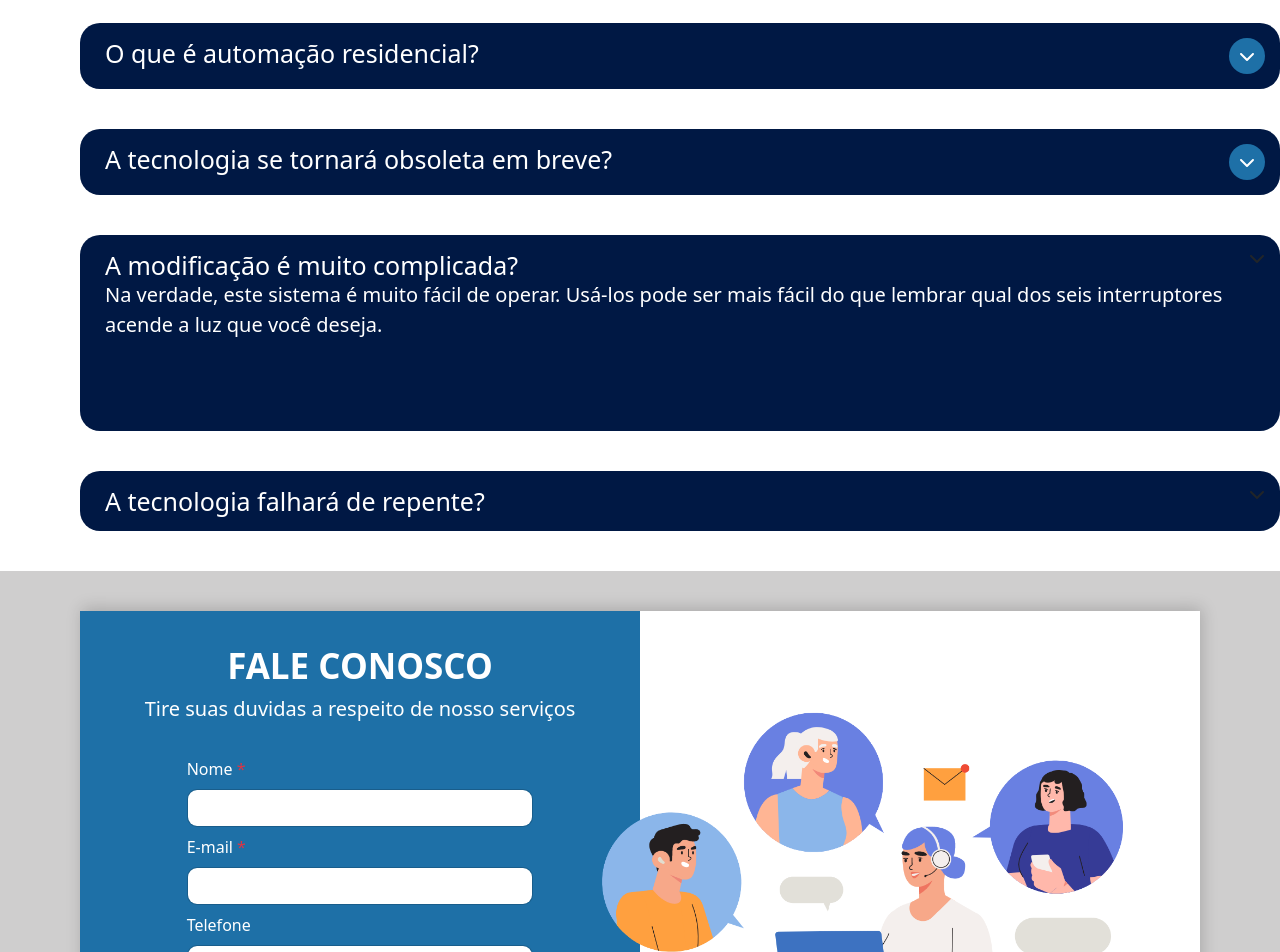
Repository: BulleST/SouHi_Institucional
Page: index.html
These files come from the project's save history. The page is drawn as it stood at one moment and after the next save; the edit follows.
The browser window is 1280 px wide. The pictures show the part of the page from y = 1787 to 2739 px (the page is 3454 px tall before and 3466 px after).
A picture or video elsewhere on the page could not be fetched, so the positions and the page height are approximate.

Above is the page before, as saved 2022-11-04 15:45:02.

### index.html
<!DOCTYPE html>
<html lang="pt-br">

<head>
  <meta charset="UTF-8">
  <meta http-equiv="X-UA-Compatible" content="IE=edge">
  <meta name="viewport" content="width=device-width, initial-scale=1.0">
  <title>SouHi - Soluções Automatizadas</title>

  <script src="https://code.jquery.com/jquery-3.6.1.js" integrity="sha256-3zlB5s2uwoUzrXK3BT7AX3FyvojsraNFxCc2vC/7pNI="
    crossorigin="anonymous"></script>



  <!-- Bootstrap -->
  <link href="https://cdn.jsdelivr.net/npm/bootstrap@5.2.2/dist/css/bootstrap.min.css" rel="stylesheet"
    integrity="sha384-Zenh87qX5JnK2Jl0vWa8Ck2rdkQ2Bzep5IDxbcnCeuOxjzrPF/et3URy9Bv1WTRi" crossorigin="anonymous">
  <script src="https://cdn.jsdelivr.net/npm/bootstrap@5.2.2/dist/js/bootstrap.bundle.min.js"
    integrity="sha384-OERcA2EqjJCMA+/3y+gxIOqMEjwtxJY7qPCqsdltbNJuaOe923+mo//f6V8Qbsw3"
    crossorigin="anonymous"></script>
  <!-- Fontawesome -->
  <link rel="stylesheet" href="https://cdnjs.cloudflare.com/ajax/libs/font-awesome/6.2.0/css/all.min.css"
    integrity="sha512-xh6O/CkQoPOWDdYTDqeRdPCVd1SpvCA9XXcUnZS2FmJNp1coAFzvtCN9BmamE+4aHK8yyUHUSCcJHgXloTyT2A=="
    crossorigin="anonymous" referrerpolicy="no-referrer" />
  <script src="https://cdnjs.cloudflare.com/ajax/libs/font-awesome/6.2.0/js/all.min.js"
    integrity="sha512-naukR7I+Nk6gp7p5TMA4ycgfxaZBJ7MO5iC3Fp6ySQyKFHOGfpkSZkYVWV5R7u7cfAicxanwYQ5D1e17EfJcMA=="
    crossorigin="anonymous" referrerpolicy="no-referrer"></script>

  <!-- Slick Carousel -->
  <link rel="stylesheet" type="text/css" href="https://cdn.jsdelivr.net/npm/slick-carousel@1.8.1/slick/slick.css" />
  <script type="text/javascript" src="https://cdn.jsdelivr.net/npm/slick-carousel@1.8.1/slick/slick.min.js"></script>

  <!-- AOS -->
  <link rel="stylesheet" href="https://unpkg.com/aos@next/dist/aos.css">
  <script src="https://unpkg.com/aos@next/dist/aos.js"></script>

<!-- Jquery Ui -->
<link type="text/css" href="./jquery-ui-1.13.2.custom/jquery-ui.css">
<link type="text/css" href="./jquery-ui-1.13.2.custom/jquery-ui.structure.css">
<link type="text/css" href="./jquery-ui-1.13.2.custom/jquery-ui.theme.css">
<script src="./jquery-ui-1.13.2.custom/jquery-ui.js" text="text/javascript"></script>

  <link rel="stylesheet" type="text/css" href="./style.css">
  <script src="script.js" defer ></script>

</head>

<body>

  <header>
    <div class="header-container bg-on" id="header">
      <div class="header-position">
        <div class="flex-item-image">
          <img src="img/logo_claro.png" alt="Logo Souhi">
        </div>
        <div class="flex-item-rotas">
          <nav class="rotas">
            <ul>
              <li> <a class="header__navigation-link" href="#home">Home</a></li>
              <li><a class="header__navigation-link" href="#quem-somos">Quem somos</a></li>
              <li><a class="header__navigation-link" href="#produtos">Ofertas</a></li>
              <li><a class="header__navigation-link" href="#duvidas">FAQ</a></li>
              <li><a class="header__navigation-link" href="#contatos">Contatos</a></li>
            </ul>
          </nav>
        </div>
        <div class="flex-item-contato">
          <a href="" class="btn-fale-conosco">Fale conosco!</a>
        </div>
      </div>
    </div>
  </header>


  <section>
    <section class="carrossel" id="inicio">
      <button class="btn-scroll-down">
        <i class="fas fa-chevron-down"></i>
      </button>
      <div class="slider">
        <div class=" first-item">
          <div class="slider__item-inner slider__item d-flex first-item-inner">
            <div class="slider__item-content first-content">
              <h3>Lorem Ipsum</h3>
              <hr>
              <p>Lorem ipsum dolor, sit amet consectetur adipisicing elit. Beatae fugiat voluptas consequatur voluptate
                perspiciatis aspernatur voluptates dolores inventore vero incidunt officia, modi dolorum. </p>
              <p class="my-2">Conheça nossos produtos!</p>
              <button class="btn btn-confira">Confira</button>
            </div>
            <div class="slider__item-image first-image">
              <img src="./img/house.png" alt="">
            </div>
          </div>
        </div>
        <div class="  second-item">

          <div class=" d-flex slider__item  second-item-inner">

            <div class="second-contain">
              <div class=" second-image">

                <img src="img/ic_launcher.png" alt="">
                <img src="./img/phone.png" alt="">

              </div>
              <div class=" second-content">
                <h3>Lorem Ipsum</h3>

                <p>Lorem ipsum dolor, sit amet consectetur adipisicing elit. </p>
                <a href="" class="btn-fale-conosco">Fale conosco!</a>

              </div>

            </div>

          </div>
        </div>
        <div class="  third-item">
          <div class=" d-flex slider__item  third-item-inner">
            <div class="third-contain">
              <div class=" third-image">
                <img src="img/smart-house-8.png" alt="">
              </div>
              <div class=" third-content">
                <h3>Lorem Ipsum Ipsum</h3>
                <p>Lorem ipsum dolor, sit amet consectetur adipisicing elit. Lorem ipsum dolor, sit amet consectetur
                  adipisicing elit. orem ipsum dolor, sit amet consectetur adipisicing elit. </p>
                <a href="" class="btn-fale-conosco mt-2">Fale conosco!</a>
              </div>
            </div>
          </div>
        </div>
      </div>
      </div>
    </section>

    <div class="bg">
      <div class="container wrapper">
        <section class="quem-somos" id="quem-somos">
          <img src="img/teste.jpg" alt="" class="imagem" data-aos="fade-right">
          <div class="quem-somos-texto" data-aos="fade-left">

            <h1>Quem somos</h1>
            <p>Lorem ipsum, dolor sit amet consectetur adipisicing elit. Iure, obcaecati alias magni reiciendis non ipsa
              asperiores deserunt quibusdam quasi ut odit, quaerat ex eum fugit pariatur rerum eius vitae maiores?</p>

            <button class="btn">Saiba mais <span> <i class="fa-solid fa-angles-right"></i></span></button>
          </div>
        </section>
        <div class="beneficios-bg">
        <div class="beneficios">
          <div class="card card-1" data-aos="fade-up">
            <div class="card-texto">
              <span> <i class="fa-solid fa-dollar-sign icone-card"></i></span>
              <h1>Economia</h1>
              <p>Lorem, ipsum dolor sit amet consectetur adipisicing elit. Saepe placeat repellat magni est praesentium
                quaerat aspernatur incidunt sint, quisquam voluptates aut fugiat vel dolorum maxime alias autem, sunt
                quae amet!</p>
            </div>
          </div>
          <div class="card card-2" data-aos="fade-up">
            <div class="card-texto">
              <span> <i class="fa-solid fa-shield icone-card"></i></span>
              <h1>Segurança</h1>
              <p>Lorem, ipsum dolor sit amet consectetur adipisicing elit. Saepe placeat repellat magni est praesentium
                quaerat aspernatur incidunt sint, quisquam voluptates aut fugiat vel dolorum maxime alias autem, sunt
                quae amet!</p>
            </div>
          </div>
          <div class="card card-3" data-aos="fade-up">
            <div class="card-texto">
              <span> <i class="fa-solid fa-check icone-card"></i></span>
              <h1>Conveniência</h1>
              <p>Lorem, ipsum dolor sit amet consectetur adipisicing elit. Saepe placeat repellat magni est praesentium
                quaerat aspernatur incidunt sint, quisquam voluptates aut fugiat vel dolorum maxime alias autem, sunt
                quae amet!</p>
            </div>
          </div>
          <div class="card card-4" data-aos="fade-up">
            <div class="card-texto">
              <span> <i class="fa-solid fa-couch icone-card"></i></span>
              <h1>Conforto</h1>
              <p>Lorem, ipsum dolor sit amet consectetur adipisicing elit. Saepe placeat repellat magni est praesentium
                quaerat aspernatur incidunt sint, quisquam voluptates aut fugiat vel dolorum maxime alias autem, sunt
                quae amet!</p>
            </div>
          </div>
        </div>
      </div>
      </div>


      <div class="produtos-fechado" id="produtos">
        <div class="produtos-texto">
          <h1>O que você quer automatizar?</h1>
          <p>Lorem ipsum dolor sit, amet consectetur adipisicing elit. Explicabo odit eveniet molestiae reiciendis ab
            odio ipsum labore! Culpa optio consectetur, laboriosam quia enim vitae consequuntur tempora id in quos
            ipsum!</p>

          <span class="pra"><i class="fa-solid fa-angle-down down" id="show-or-hide"></i></span>
        </div>

      </div>
      <div class="produtos-aberto">
        <div class=" sessao  mySwiper container">
          <div class="swiper-wrapper content">

            <div class="swiper-slide card">
              <div class="card-content">

                <div class="image">
                  <img src="https://source.unsplash.com/random/250x250" alt="" class="eseu">

                </div>
              </div>
            </div>

            <div class="swiper-slide card">
              <div class="card-content">

                <div class="image">
                  <img src="https://source.unsplash.com/random/250x250" alt="" class="eseu">
                </div>
              </div>
            </div>

            <div class="swiper-slide card">

              <div class="card-content">

                <div class="image">
                  <img src="https://source.unsplash.com/random/250x250" alt="" class="eseu">
                </div>
              </div>
            </div>

            <div class="swiper-slide card">
              <div class="card-content">


                <div class="image">

                  <img src="https://source.unsplash.com/random/250x250" alt="" class="eseu">
                </div>
              </div>
            </div>
          </div>
        </div>
        <div class="swiper-button-next"></div>
        <div class="swiper-button-prev"></div>
        <div class="swiper-paggination"></div>
      </div>
    </div>





    <div class="duvidas-container">
    <div class="wrapper">

      <div id="panels">



      <li class="oi">
      <div class="pergunta">
        <h3 class="testedoflex">O que é automação residencial?</h3>
        <i class="icone-pergunta testedoflex fas fa-chevron-down"> </i>
      </div>
        <p>A automação residencial consiste em conexões e integrações entre sistemas inteligentes para permitir que as atividades sejam realizadas de forma automática. Geralmente apresenta o uso de sensores em objetos comuns ao redor da casa para melhorar a conectividade e o monitoramento. Os principais benefícios são o aumento do conforto, bem-estar, praticidade e segurança.</p>
      </li>





      <li >
        <div class="pergunta">
        <h3>A tecnologia se tornará obsoleta em breve?</h3>
        <i class="icone-pergunta fas fa-chevron-down "> </i>
      </div>
        <p> Essa é uma boa pergunta, afinal no mundo da tecnologia há sempre o medo de que novos produtos cheguem a qualquer momento e tornem os seus - não tão velhos assim - completamente obsoletos.
          Felizmente, a automação residencial não é o mesmo que substituir seu telefone - você não precisa "comprar um novo sistema" a cada dois anos.</p>

        </li>
        <li>
          <div class="pergunta">
        <h3>A modificação é muito complicada? </h3>
        <i class="fas fa-chevron-down"> </i>
      </div>
        <p>Na verdade, este sistema é muito fácil de operar.  Usá-los pode ser mais fácil do que lembrar qual dos seis interruptores acende a luz que você deseja.</p>
      </li>
      <li>
        <div class="pergunta">
        <h3>A tecnologia falhará de repente? </h3>
        <i class="fas fa-chevron-down"> </i>
      </div>
        <p>Não vai. Alguns dispositivos inteligentes que são fáceis de encontrar no mercado a baixo custo podem não ser muito confiáveis, mas os sistemas de automação profissional são tecnologias maduras e poderosas.</p>
      </li>
        <h3></h3>
        <p></p>
      </div>
    </div>
  </div>
    </div>
    <section class="container-fale-conosco">
      <div class="wrapper">
        <div class="fale-conosco">
          <div class="form">

            <div class="titulo-fale-conosco mt-4">
              <!-- <img src="img/Design sem nome (1).png" alt=""> -->
              <h1>Fale conosco</h1>
              <h3>Tire suas duvidas a respeito de nosso serviços</h3>
            </div>
            <form>

              <div action="" class="form-group mt-2 col-8">
                <label for="" class="form-label">Nome<span class="text-danger"> *</span></label>
                <input type="text" class="form-control" required>
              </div>
              <div action="" class="form-group mt-2 col-8">
                <label for="" class="form-label">E-mail<span class="text-danger"> *</span></label>
                <input type="text" class="form-control" required>
              </div>

              <div action="" class="form-group mt-2 col-8">
                <label for="" class="form-label">Telefone</label>
                <input type="text" class="form-control">

                <div action="" class="form-group mt-2 col-12 ">
                  <label for="" class="form-label">Deixe sua dúvida</label>
                  <textarea class="form-control" cols="80" rows="4"></textarea>
                </div>
              </div>
              <div class="form-group d-flex justify-content-end ">
                <button type="submit" class=" botao-fale-conosco">Enviar</button>
              </div>
          </div>
          </form>


          <div class="bg-img">
            <img src="img/Design sem nome (2).png" alt="">
          </div>
        </div>

    </section>



    </div>
    </div>

    </div>


    <div class="link-top link-on"><a href="#inicio">


        <i class="fa-solid fa-angle-up"></i></a></div>
  </section>

  <section class="footer">

    </div>
    <div class="footer-position">
      <div class="finalizacao">
        <img src="img/pexels-liza-summer-6347719.jpg" alt="" class="footer-img">
        <div class="texto">
          <h1>Aut</h1>
          <h2>Automação residencial</h2>
          <p>Lorem ipsum dolor sit amet consectetur adipisicing elit. Debitis iure nemo, aliquam, quibusdam reiciendis
            ducimus eum provident in id repellendus excepturi cum. Tempora dolorum, consequatur laudantium possimus hic
            modi ratione.</p>
        </div>
      </div>
      <div class="contato">
        <div class="contato-texto">
          <h2>Fale conosco</h2>

          <ul>
            <li><i class="fa-solid fa-location-dot"></i> Av. Paulista São Paulo </li>
            <li><i class='fa fa-whatsapp'></i> xxxxx-xxxxx</li>
            <li><i class="fa-solid fa-phone"></i> (xx) xxxxxx</li>
          </ul>
        </div>
      </div>

    </div>

  </section>

</body>


<script>




</script>

</html>

Loaded but not shown: jquery-ui-1.13.2.custom/jquery-ui.js (library); script.js (87 lines, source omitted); style.css (1442 lines, source omitted)

After the next save:
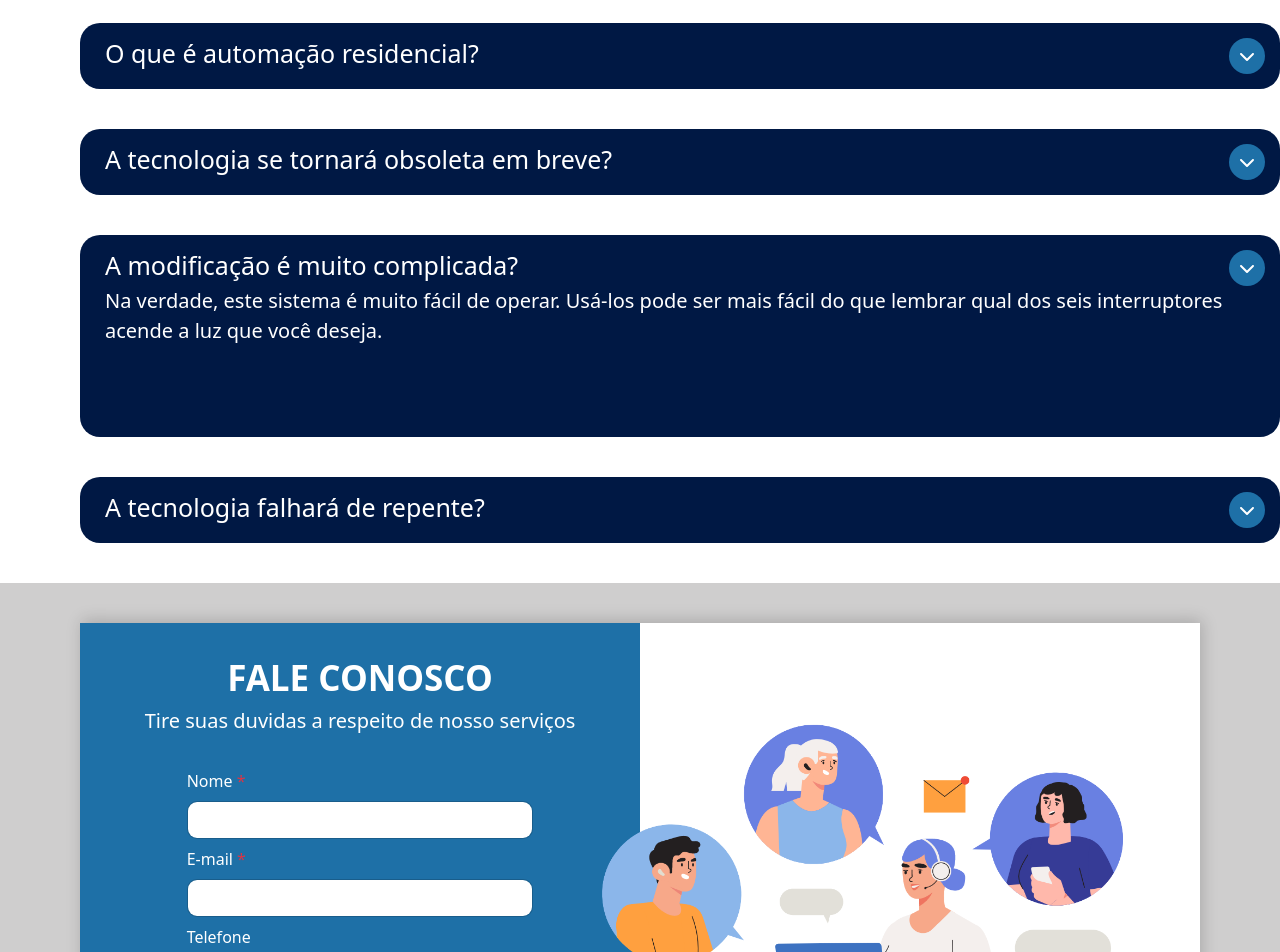
Saved 24 s later.
--- a/index.html
+++ b/index.html
@@ -288,14 +288,14 @@
         <li>
           <div class="pergunta">
         <h3>A modificação é muito complicada? </h3>
-        <i class="fas fa-chevron-down"> </i>
+        <i class="icone-pergunta fas fa-chevron-down"> </i>
       </div>
         <p>Na verdade, este sistema é muito fácil de operar.  Usá-los pode ser mais fácil do que lembrar qual dos seis interruptores acende a luz que você deseja.</p>
       </li>
       <li>
         <div class="pergunta">
         <h3>A tecnologia falhará de repente? </h3>
-        <i class="fas fa-chevron-down"> </i>
+        <i class="icone-pergunta fas fa-chevron-down"> </i>
       </div>
         <p>Não vai. Alguns dispositivos inteligentes que são fáceis de encontrar no mercado a baixo custo podem não ser muito confiáveis, mas os sistemas de automação profissional são tecnologias maduras e poderosas.</p>
       </li>
